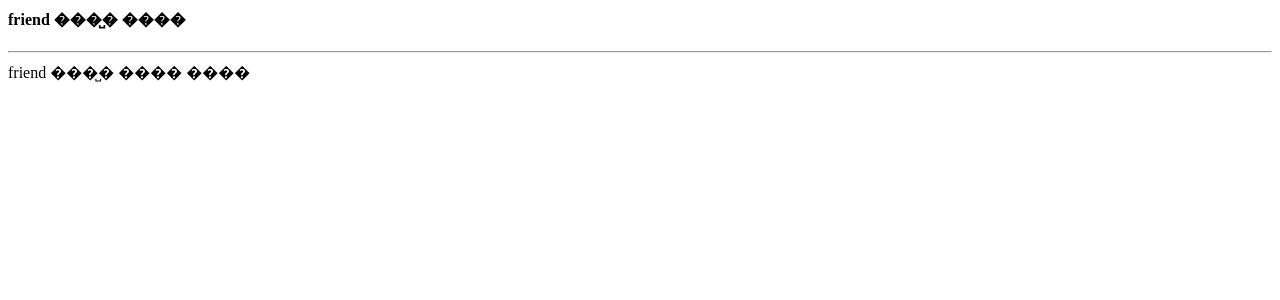
Repository: 2ujin/2018-PHP-afterschool
Page: http://localhost/CH05/friend_create.php
An editor plug-in stored every save of this project. The page is shown before and after the next save, followed by the edit.
The browser window is 1280 px wide. The pictures show the whole page.
The page is run by PHP 8.4 with error messages shown; the project is at /var/www/html/.

Above is the page before, as saved 2018-07-30 01:06:46.

After the next save:
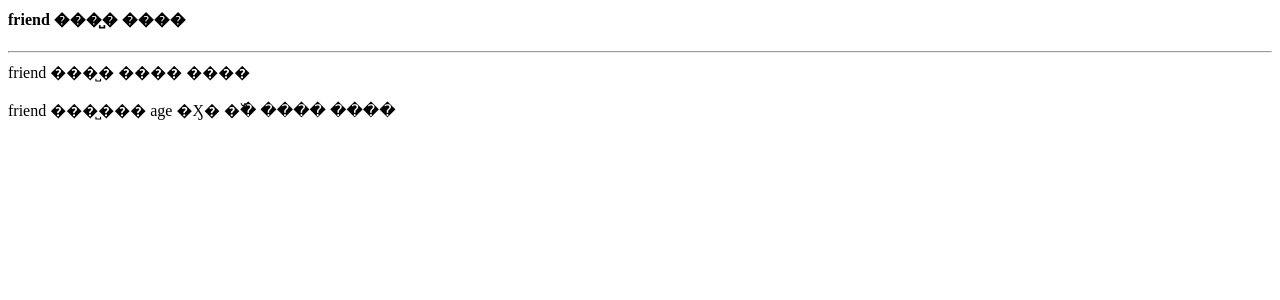
Saved 87 s later.
--- a/PHPStudy/CH05/friend_create.php
+++ b/PHPStudy/CH05/friend_create.php
@@ -20,6 +20,12 @@ if($result)
     echo "friend 테이블 생성 성공<p>";
     else echo "friend 테이블 생성 실패<p>";
 
-$sql = "alter table friend add age int"
+//friend 테이블을 생성하고 age 속성을 추가하는 질의어
+$sql = "alter table friend add age int";
 
+$result = mysql_query($sql);
+
+if($result)
+    echo "friend 테이블에 age 속성 추가 생성 성공<p>";
+    else echo "friend 테이블에 age 속성 추가 생성 실패<p>";
     ?>
